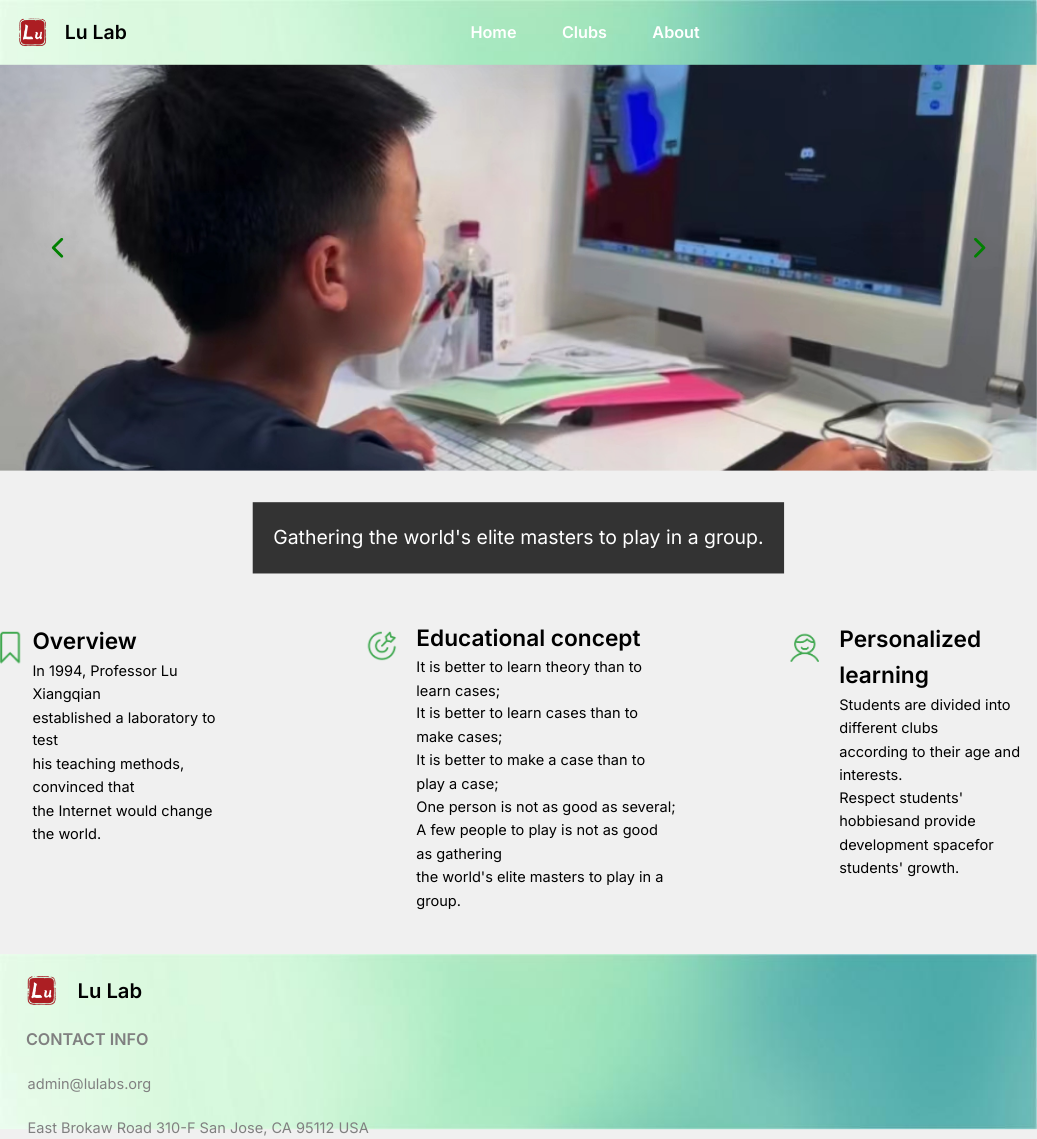
Repository: proflulab/lulab_website_next_js
Page: /
The author's editor kept a copy of each file at every save. The page is drawn from the files as they stood at one save, then again after the next save.
The browser window is 1280 px wide. The pictures show the whole page, at 81% of full size.
The project was rebuilt for these pictures with package versions that can differ from the ones it lists, and the page was loaded fresh each time. The framework's server and built-in components were replaced by stand-ins that run in the browser. Also part of the build but not shown: next.config.js, next.config.mjs.

Above is the page before, as saved 2023-12-27 21:20:32.

### app/layout.tsx
import type { Metadata } from "next";
import { Inter } from "next/font/google";
import "./globals.css";

const inter = Inter({ subsets: ["latin"] });

export const metadata: Metadata = {
  title: "Lu Lab",
  description: "Lu Lab",
};

export default function RootLayout({
  children,
}: {
  children: React.ReactNode;
}) {
  return (
    <html lang="en">
      <body className={inter.className}>{children}</body>
    </html>
  );
}

### app/page.tsx
"use client";
import "./globals.css"; // 引入全局 CSS 文件

import React, { useState, useEffect, useRef } from "react";
import { FontAwesomeIcon } from "@fortawesome/react-fontawesome";
import {
  faChevronLeft,
  faChevronRight,
} from "@fortawesome/free-solid-svg-icons";
import Image from "next/image";

import Navbar from "./title/page";
import End from "./title/end";

// export default Navbar;

const Home: React.FC = () => {
  const [images, setImages] = useState<string[]>([]);
  const [currentImageIndex, setCurrentImageIndex] = useState<number>(0);

  useEffect(() => {
    const imageUrls = ["image3.jpg", "xueyuan.jpg", "image1.jpg"];
    setImages(imageUrls);
  }, []);

  useEffect(() => {
    const interval = setInterval(() => {
      setCurrentImageIndex((prevIndex) =>
        prevIndex === images.length - 1 ? 0 : prevIndex + 1
      );
    }, 5000);

    return () => clearInterval(interval);
  }, [images]);

  const showNextImage = () => {
    setCurrentImageIndex((prevIndex) =>
      prevIndex === images.length - 1 ? 0 : prevIndex + 1
    );
  };

  const showPreviousImage = () => {
    setCurrentImageIndex((prevIndex) =>
      prevIndex === 0 ? images.length - 1 : prevIndex - 1
    );
  };
  const [windowWidth, setWindowWidth] = useState<number>(0);

  const [isMobile, setIsMobile] = useState<boolean>(false);

  useEffect(() => {
    const handleResize = () => {
      const width = window.innerWidth;
      setIsMobile(width <= 768);
    };

    handleResize(); // 初始化时调用一次，设置初始的 isMobile 值

    window.addEventListener("resize", handleResize);

    return () => {
      window.removeEventListener("resize", handleResize);
    };
  }, []); // 空数组作为依赖，确保只在组件挂载时执行一次

  return (
    <>
      <Navbar />
      <div
        style={{
          display: "flex",
          flexDirection: "column",
          alignItems: "center",
        }}
      >
        <div
          style={{
            position: "relative",
            width: "100%",
            height: "85vh",
            maxWidth: "100%",
            maxHeight: "85vh",
          }}
        >
          {images.length > 0 && (
            // eslint-disable-next-line @next/next/no-img-element
            <img
              src={images[currentImageIndex]}
              alt={`Image ${currentImageIndex + 1}`}
              style={{
                width: "100%",
                height: "95%",
                objectFit: "cover",
                ...(isMobile
                  ? {
                      height: "75vh",
                      width: "100%",
                      objectFit: "cover",
                    }
                  : {}),
              }}
            />
          )}
          <div
            style={{
              position: "absolute",
              top: "50%",
              transform: "translateY(-50%)",
              left: "5%",
              right: "5%",
              display: "flex",
              justifyContent: "space-between",
            }}
          >
            <button
              onClick={showPreviousImage}
              style={{ color: "green", fontWeight: "bold", fontSize: "28px" }}
            >
              <FontAwesomeIcon icon={faChevronLeft} />
            </button>
            <button
              onClick={showNextImage}
              style={{ color: "green", fontWeight: "bold", fontSize: "28px" }}
            >
              <FontAwesomeIcon icon={faChevronRight} />
            </button>
          </div>
        </div>

        <div
          style={{
            position: "absolute",
            top: isMobile ? "400px" : "620px",
            justifyContent: "space-between",

            backgroundColor: "#333333",
            color: "#fff",
            padding: "25px",
            zIndex: 1,
            width: isMobile ? "80%" : "auto", // 根据屏幕大小更新宽度
          }}
        >
          <p style={{ fontSize: isMobile ? "20px" : "24px" }}>
            Gathering the world&apos;s elite masters to play in a group.
          </p>
        </div>

        <div
          style={{
            fontWeight: "bold",
            fontSize: "45px",
            color: "#000000",
            textAlign: "center",
            marginTop: "40px",
            marginBottom: "40px",
          }}
        >
          Welcome to Lu Lab
        </div>
        {isMobile && (
          <>
            <div
              style={{
                marginBottom: "20px",
                display: "flex",
                alignItems: "flex-start",
              }}
            >
              <Image
                src="/Overview.png"
                alt=""
                width={25}
                height={35}
                style={{ marginLeft: "-30px" }}
              />
              <div style={{ marginLeft: "15px" }}>
                <p
                  style={{
                    fontSize: "28px",
                    fontWeight: "600",
                    marginBottom: "5px",
                    marginTop: "-5px",
                  }}
                >
                  Overview
                </p>
                <p
                  style={{
                    fontSize: "18px",
                    fontWeight: "400",
                    lineHeight: "1.5",
                  }}
                >
                  In 1994, Professor Lu Xiangqian
                  <br /> established a laboratory to test
                  <br />
                  his teaching methods, convinced that
                  <br /> the Internet would change the world. <br />
                </p>
              </div>
            </div>

            <div
              style={{
                marginBottom: "20px",
                display: "flex",
                alignItems: "flex-start",
              }}
            >
              <Image
                src="/Edu.png"
                alt=""
                width={35}
                height={35}
                style={{ marginLeft: "35px" }}
              />
              <div style={{ marginLeft: "15px" }}>
                <p
                  style={{
                    fontSize: "28px",
                    fontWeight: "600",
                    marginBottom: "5px",
                    marginTop: "-5px",
                  }}
                >
                  Educational concept
                </p>
                <p
                  style={{
                    fontSize: "18px",
                    fontWeight: "400",
                    lineHeight: "1.5",
                  }}
                >
                  It is better to learn theory than to learn cases;
                  <br />
                  It is better to learn cases than to make cases;
                  <br />
                  It is better to make a case than to play a case;
                  <br />
                  One person is not as good as several;
                  <br />
                  A few people to play is not as good as gathering
                  <br />
                  the world&apos;s elite masters to play in a group.
                </p>
              </div>
            </div>

            <div
              style={{
                marginBottom: "20px",
                display: "flex",
                alignItems: "flex-start",
              }}
            >
              <Image
                src="/Person.png"
                alt=""
                width={35}
                height={35}
                style={{ marginLeft: "-15px" }}
              />
              <div style={{ marginLeft: "15px" }}>
                <p
                  style={{
                    fontSize: "28px",
                    fontWeight: "600",
                    marginBottom: "5px",
                    marginTop: "-5px",
                  }}
                >
                  Personalized learning
                </p>
                <p
                  style={{
                    fontSize: "18px",
                    fontWeight: "400",
                    lineHeight: "1.5",
                  }}
                >
                  Students are divided into different clubs
                  <br />
                  according to their age and interests.
                  <br />
                  Respect students&apos; hobbies and provide
                  <br />
                  development space for students&apos; growth.
                </p>
              </div>
            </div>
          </>
        )}

        {!isMobile && (
          <div
            style={{
              display: "flex",
              justifyContent: "left",
              marginTop: "20px",
            }}
          >
            <div style={{ flex: "1", marginRight: "160px" }}>
              <Image src="/Overview.png" alt="" width={25} height={35} />
              <div style={{ marginLeft: "40px" }}>
                <p
                  style={{
                    color: "black",
                    fontSize: "28px",
                    fontWeight: "600",
                    marginTop: "-50px",
                    textAlign: "left",
                  }}
                >
                  Overview
                </p>
                <p
                  style={{
                    color: "black",
                    fontSize: "18px",
                    fontWeight: "400",
                    textAlign: "left",
                  }}
                >
                  In 1994, Professor Lu Xiangqian
                  <br /> established a laboratory to test
                  <br />
                  his teaching methods, convinced that
                  <br /> the Internet would change the world. <br />
                </p>
              </div>
            </div>
            <div style={{ flex: "1.3", marginRight: "140px" }}>
              {" "}
              <Image src="/Edu.png" alt="" width={35} height={35} />
              <div style={{ marginLeft: "60px" }}>
                <p
                  style={{
                    color: "black",
                    fontSize: "28px",
                    fontWeight: "600",
                    marginTop: "-50px",
                    textAlign: "left",
                  }}
                >
                  Educational concept
                </p>
                <p
                  style={{
                    color: "black",
                    fontSize: "18px",
                    fontWeight: "400",
                    textAlign: "left",
                  }}
                >
                  It is better to learn theory than to learn cases;
                  <br /> It is better to learn cases than to make cases;
                  <br /> It is better to make a case than to play a case;
                  <br /> One person is not as good as several;
                  <br /> A few people to play is not as good as gathering
                  <br /> the world&apos;s elite masters to play in a group.
                </p>
              </div>
            </div>
            <div style={{ flex: "1", marginRight: "10px" }}>
              <Image src="/Person.png" alt="" width={35} height={35} />
              <div style={{ marginLeft: "60px" }}>
                <p
                  style={{
                    color: "black",
                    fontSize: "28px",
                    fontWeight: "600",
                    marginTop: "-50px",
                    textAlign: "left",
                  }}
                >
                  Personalized learning
                </p>
                <p
                  style={{
                    color: "black",
                    fontSize: "18px",
                    fontWeight: "400",
                    textAlign: "left",
                  }}
                >
                  Students are divided into different clubs
                  <br /> according to their age and interests.
                  <br /> Respect students&apos; hobbiesand provide
                  <br /> development spacefor students&apos; growth.
                </p>
              </div>
            </div>
          </div>
        )}

        <hr
          style={{
            marginBottom: "50px",
          }}
        />
        <End />
      </div>
    </>
  );
};

export default Home;

### app/globals.css
@tailwind base;
@tailwind components;
@tailwind utilities;
/* 全局样式 */
body {
  font-family: Arial, sans-serif;
  margin: 0;
  padding: 0;
  background-color: #f0f0f0;
  color: #333;
}

h1 {
  font-size: 2em;
  margin-bottom: 20px;
}

p {
  font-size: 16px;
  line-height: 1.5;
}

/* 媒体查询 */
/* 在小屏幕上应用的样式 */
/* globals.css 或者其他全局CSS文件 */
/* 在文件中添加媒体查询样式 */

/* 较小屏幕尺寸下调整内容位置 */
@media (max-width: 768px) {
  .additional-content {
    top: 550px; /* 调整顶部位置 */
    padding: 15px; /* 调整内边距 */
  }
}

/* 更小屏幕尺寸下调整内容位置 */
@media (max-width: 480px) {
  .additional-content {
    top: 500px; /* 更进一步调整顶部位置 */
    padding: 10px; /* 更进一步调整内边距 */
  }
}

/* 更多媒体查询和样式 */

@media (max-width: 768px) {
  body {
    font-size: 14px;
  }

  h1 {
    font-size: 1.5em;
    margin-bottom: 15px;
  }

  p {
    font-size: 14px;
    line-height: 1.4;
  }
}

/* 在更小的屏幕上应用的样式 */
@media (max-width: 480px) {
  body {
    font-size: 12px;
  }

  h1 {
    font-size: 1.2em;
    margin-bottom: 10px;
  }

  p {
    font-size: 12px;
    line-height: 1.3;
  }
}

/* 在大屏幕上应用的样式 */
@media (min-width: 1200px) {
  body {
    font-size: 18px;
  }

  h1 {
    font-size: 2.5em;
    margin-bottom: 25px;
  }

  p {
    font-size: 18px;
    line-height: 1.6;
  }
}

/* 更多自定义样式和媒体查询可以按需添加 */

### app/title/end.tsx
"use client";
import Link from "next/link";
import { useState, useEffect, useRef } from "react";
import Image from "next/image";
const End: React.FC = () => {
  return (
    <div style={{ position: "relative" }}>
      <Image src="/title.jpg" alt="" height="230" width="1700" />
      <div
        style={{
          position: "absolute",
          top: "20px",
          left: "2%",
          display: "flex",
          alignItems: "center",
        }}
      >
        <Image src="/logo.png" alt="" height="50" width="50" />
        <p
          style={{
            color: "black",
            fontSize: "25px",
            fontWeight: "600",
            marginLeft: "20px",
          }}
        >
          Lu Lab
        </p>
      </div>
      <div
        style={{
          position: "absolute",
          top: "90px",
          left: "2.5%",
          textAlign: "left",
        }}
      >
        <div
          style={{
            color: "grey",
            fontSize: "20px",
            fontWeight: "600",
          }}
        >
          CONTACT INFO
        </div>
        <div
          style={{
            color: "grey",
            fontSize: "18px",
            fontWeight: "400",
            marginLeft: "2px",
            textAlign: "left",
          }}
        >
          <br />
          admin@lulabs.org
          <br />
          <br />
          East Brokaw Road 310-F San Jose, CA 95112 USA <br />
        </div>
      </div>
    </div>
  );
};
export default End;

Loaded but not shown: tailwind.config.ts (common file); app/title/page.tsx (272 lines, source omitted)

After the next save:
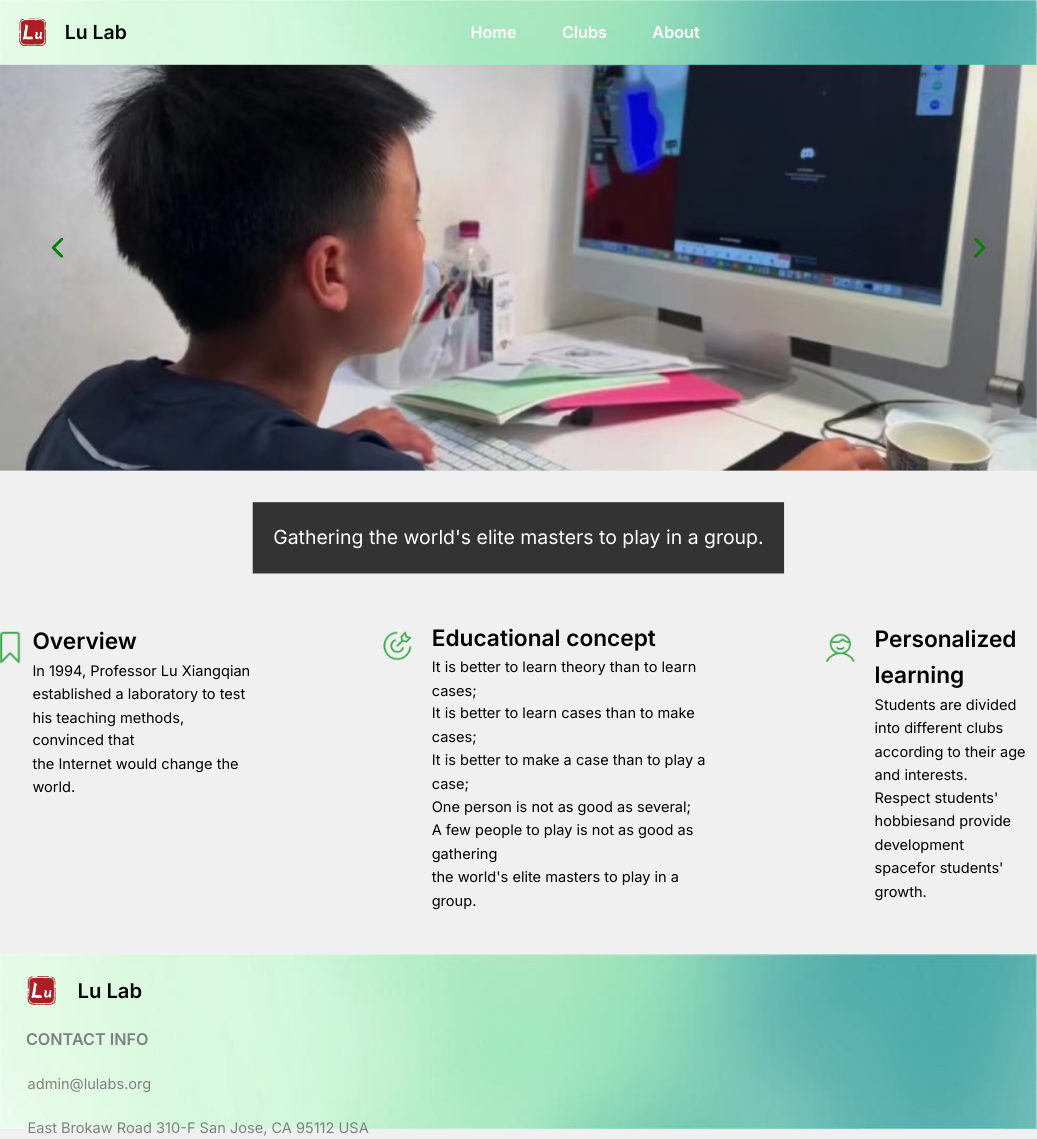
Saved 9 s later.
--- a/app/page.tsx
+++ b/app/page.tsx
@@ -362,7 +362,7 @@ const Home: React.FC = () => {
                 </p>
               </div>
             </div>
-            <div style={{ flex: "1", marginRight: "10px" }}>
+            <div style={{ flex: "0.8", marginRight: "10px" }}>
               <Image src="/Person.png" alt="" width={35} height={35} />
               <div style={{ marginLeft: "60px" }}>
                 <p
